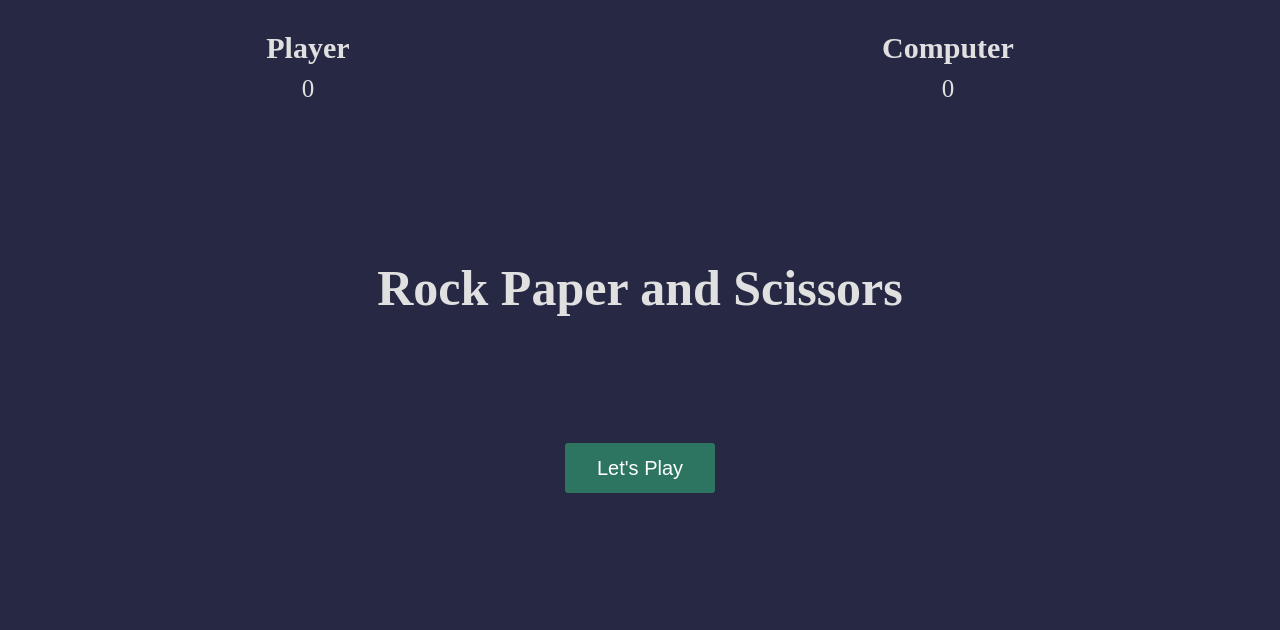
Repository: issaRan/Rock-Paper-Scissors
Page: index.html
The author's editor kept a copy of each file at every save. The page is drawn from the files as they stood at one save, then again after a run of saves.
The browser window is 1280 px wide. The pictures show the whole page.

Above is the page before, as saved 2020-10-24 00:47:03.

### index.html
<!DOCTYPE html>
<html lang="en">
<head>
    <meta charset="UTF-8">
    <meta name="viewport" content="width=device-width, initial-scale=1.0">
    <title>Rock Paper Scissors</title>
    <link rel="stylesheet" href="./style.css">
</head>
<body>
    <section class="game">
        <div class="score">
            <div class="player-score">
                <h2>Player</h2>
                <p>0</p>
            </div>
            <div class="computer-score">
                <h2>Computer</h2>
                <p>0</p>
            </div>
        </div>
        <div class="result fadeOut">
            <div class="theWinner"></div>
            <button class="newGame">Start New game</button>
        </div>
        <div class="intro">
            <h1>Rock Paper and Scissors</h1>
            <button>Let's Play</button>
        </div>
        <div class="match fadeOut">
            <div class="winner">Choose an option</div>
            <div class="hands">
                <img class="player-hand" src="assets/rock.png" alt="">
                <img class="computer-hand" src="assets/rock.png" alt="">
            </div>
            <div class="options">
                <button class="rock">rock</button>
                <button class="paper">paper</button>
                <button class="scissors">scissors</button>
            </div>
        </div>
    </section>
    <script src="app.js"></script>
</body>
</html>

### style.css
*{
    margin: 0;
    padding: 0;
    box-sizing: border-box;
}

section{
    height: 100vh;
    background-color: rgba(39, 41, 68);
    font-family: 'Times New Roman', Times, serif;
}
.score{
    color: rgba(224, 224, 224);
    height: 20vh;
    display: flex;
    justify-content: space-around;
    align-items: center;
}
.score h2 {
    font-size: 30px;
}
.score p {
    text-align: center;
    padding: 10px;
    font-size: 25px;
}

.intro {
    color: rgba(224, 224, 224);
    height: 50vh;
    flex-direction: column;
    display: flex;
    align-items: center;
    justify-content: space-around;
    transition: opcaity 0.5s ease;
}
.intro h1 {
    font-size: 50px;
}
.intro button, .match button, .result button{
    width: 150px;
    height: 50px;
    background: none;
    border: none;
    color: white;
    font-size: 20px;
    background-color: rgb(45,117,96);
    border-radius: 3px;
    cursor: pointer;
}

.match {
    position: absolute;
    top: 50%;
    left: 50%;
    transform: translate(-50%,-50%);
    transition: opcaity 0.5s ease 0.5s;
}
.winner {
    color: rgba(224, 224, 224);
    text-align: center;
    font-size: 50px;
}

.hands, .options {
    display: flex;
    justify-content: space-around;
    align-items: center;
}

.player-hand{
    transform: rotateY(180deg);
}

div.fadeOut{
     opacity: 0;
     pointer-events: none;
}

div.fadeIn {
    opacity: 1;
    pointer-events: all;
}

.result {
    justify-content: space-around;
    align-items: center;
    text-align: center;
}
.theWinner {
    margin-top: 2px;
    font-size: 50px;
    color: white;
}

### app.js
let playerScore = 0;
let computerScore = 0;

const game = () => {
    const startGame = () => {
        const playerBtn = document.querySelector(".intro button")
        const introScreen = document.querySelector(".intro")
        const match = document.querySelector('.match')
        playerBtn.addEventListener('click',() => {
            introScreen.classList.add('fadeOut')
            match.classList.add('fadeIn')
        });
    };
    startGame();
};
const playMatch = () =>{
    const options = document.querySelectorAll(".options button")
    const playerHand = document.querySelector(".player-hand")
    const computerHand = document.querySelector(".computer-hand")
    const computerOptions = ['rock','paper','scissors']
    const announceWinner = document.querySelector(".result")
    const match = document.querySelector('.match')
    const postWinner = document.querySelector('.theWinner')
    const score = document.querySelector('.score')
    options.forEach(option=>{
        option.addEventListener('click',function(){
            const randomNumberForOption = Math.floor(Math.random() * 3);
            checkWinner(this.textContent,computerOptions[randomNumberForOption])
            playerHand.src = `./assets/${this.textContent}.png`
            computerHand.src = `./assets/${computerOptions[randomNumberForOption]}.png`
            updateScore()
            if(playerScore == 5 || computerScore == 5){
                match.classList.remove('fadeIn')
                score.classList.add('fadeOut')
                playerScore > computerScore ? postWinner.textContent = 'Player Wins !' : postWinner.textContent = 'Computer Wins !'
                announceWinner.classList.add('fadeIn')
            }
        })
    })
}

const updateScore = () =>{
    const pScore = document.querySelector(".player-score p")
    const cScore = document.querySelector(".computer-score p")
    pScore.textContent = playerScore
    cScore.textContent = computerScore
}
const checkWinner = (player,computer) => {
    console.log(player)
    console.log(computer)
    const winner = document.querySelector(".winner")
    console.log(winner)
    if(player == computer){
        winner.textContent = 'Tie !'
        return
    }
    if(player === 'rock'){
        if(computer === 'scissors'){
            winner.textContent = 'Player Wins !'
            playerScore++;
        }else{
            winner.textContent = 'Computer Wins !'
            computerScore++
        }
    }
    if(player === 'scissors'){
        if(computer === 'paper'){
            winner.textContent = 'Player Wins !'
            playerScore++;
        }else{
            winner.textContent = 'Computer Wins !'
            computerScore++
        }
    }
    if(player === 'paper'){
        if(computer === 'rock'){
            winner.textContent = 'Player Wins !'
            playerScore++;
        }else{
            winner.textContent = 'Computer Wins !'
            computerScore++
        }
    }
}
playMatch()
game()

After the next 2 saves:
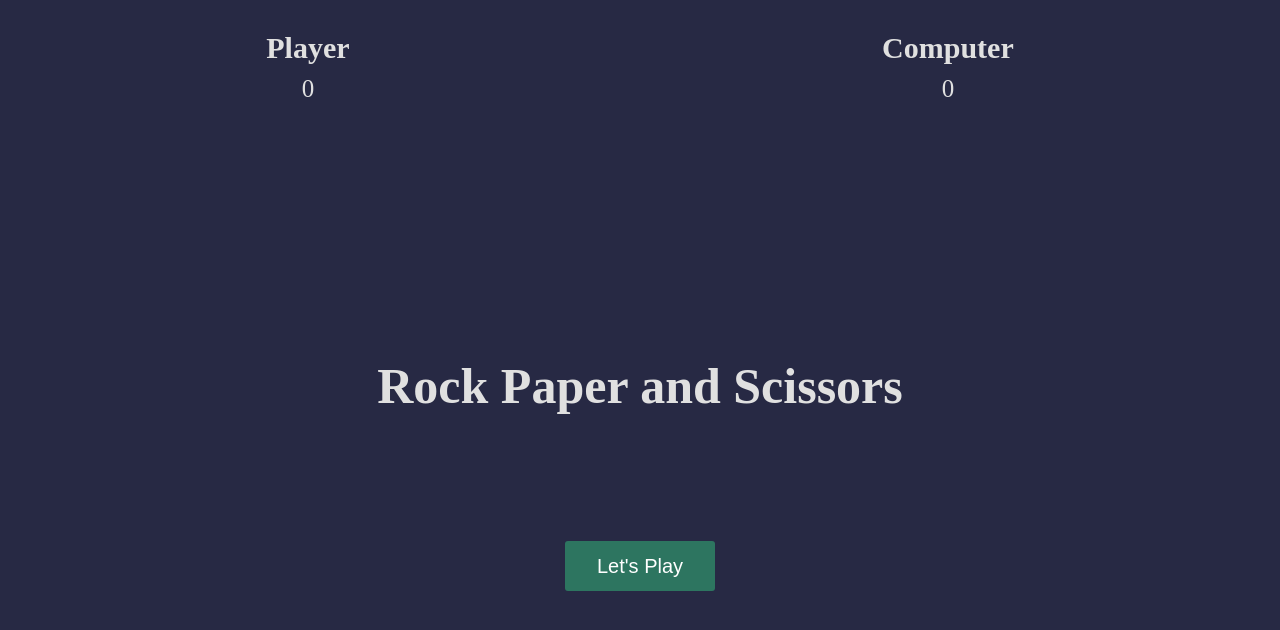
The 2 saves are shown as one change because they came seconds apart.
The last was saved 8 s later.
--- a/style.css
+++ b/style.css
@@ -88,7 +88,7 @@ div.fadeIn {
     text-align: center;
 }
 .theWinner {
-    margin-top: 2px;
+    margin-top: 100px;
     font-size: 50px;
     color: white;
 }
